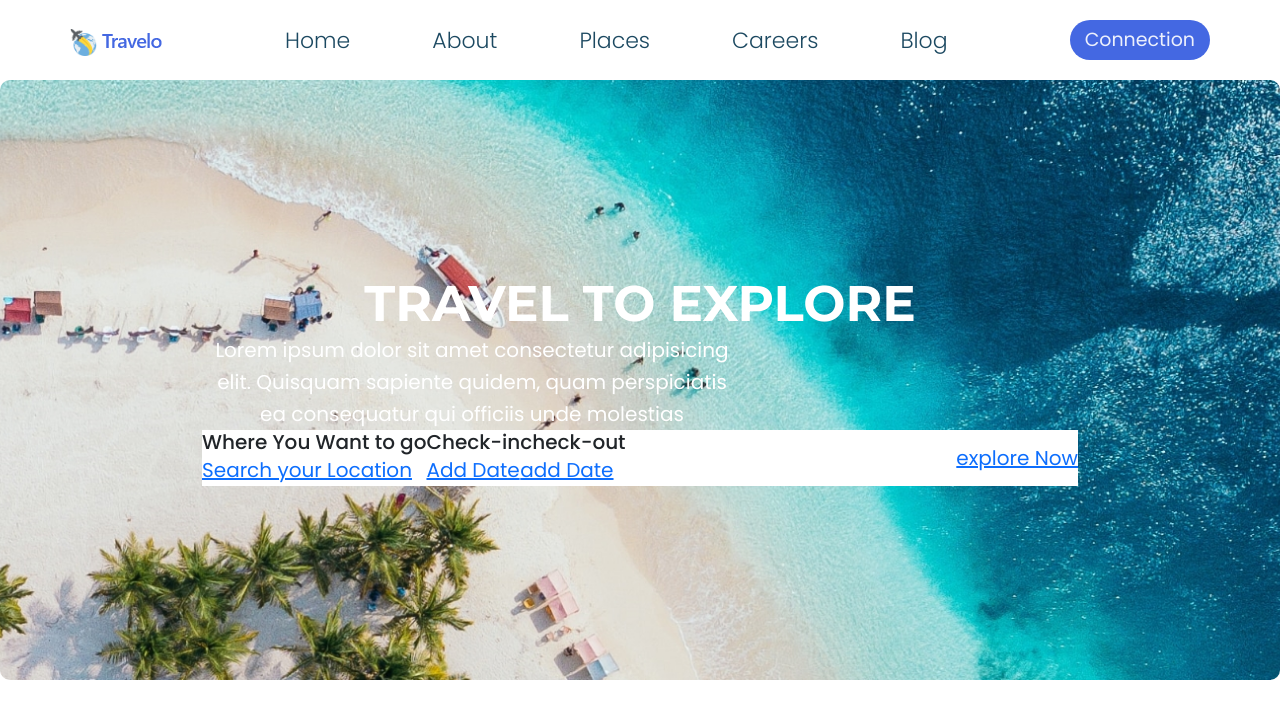
Repository: kuluong2000/travel
Page: index.html
An editor plug-in stored every save of this project. The page is shown before and after the next save, followed by the edit.
The browser window is 1280 px wide. The pictures show the whole page.
The style sheet was rebuilt from its Sass, Less or Tailwind sources for each picture, by a compiler version that may differ from the author's.

Above is the page before, as saved 2021-09-03 23:29:50.

After the next save:
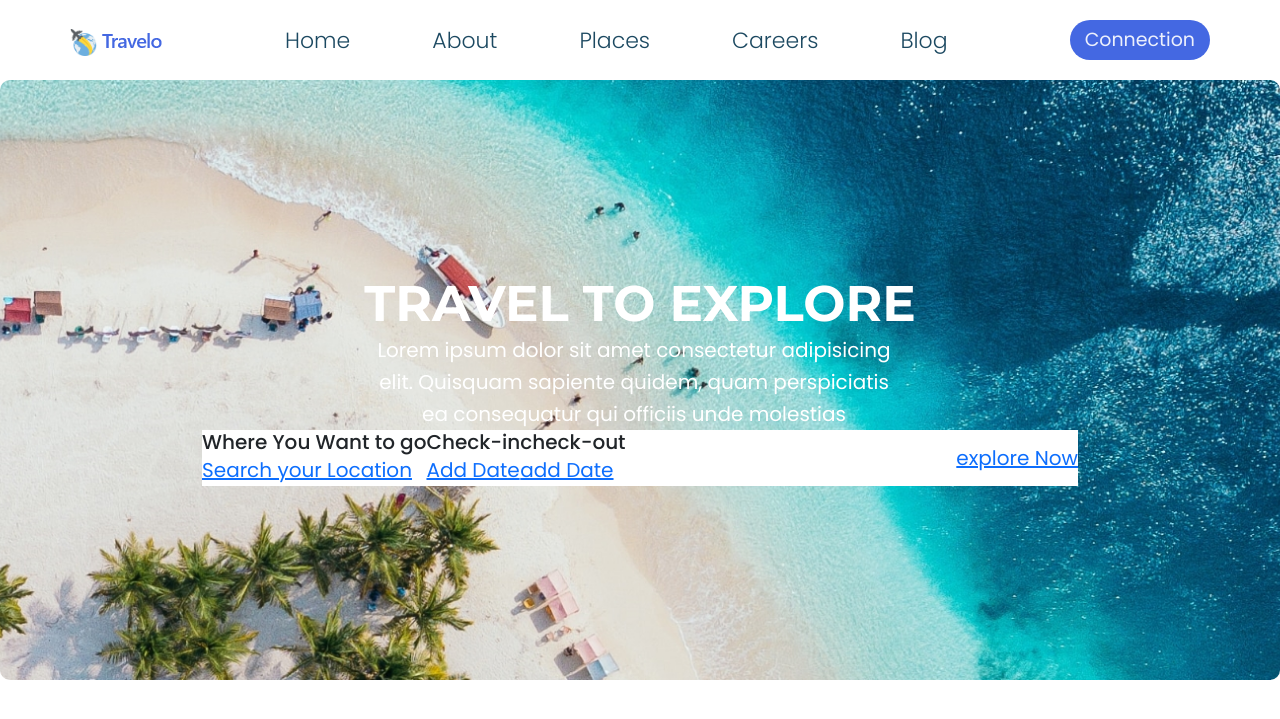
Saved 9 s later.
--- a/assets/sass/_banner.scss
+++ b/assets/sass/_banner.scss
@@ -26,6 +26,7 @@
   &__main__desc{
     color:$color-white;
     width: 540px;
+    transform: translateX(30%);
 }
   &__main__bottom{
     background-color: white;
